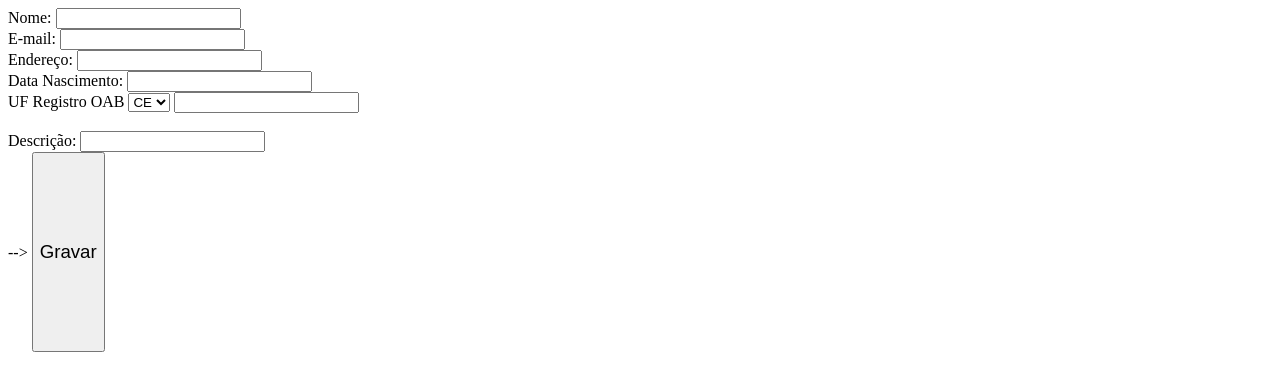
Repository: Natan16/CRUDJUSTTO
Page: CRUDJUSTTOWEB/WebContent/adiciona-advogado.html
The author's editor kept a copy of each file at every save. The page is drawn from the files as they stood at one save, then again after the next save.
The browser window is 1280 px wide. The pictures show the whole page.

Above is the page before, as saved 2019-08-31 11:26:11.

After the next save:
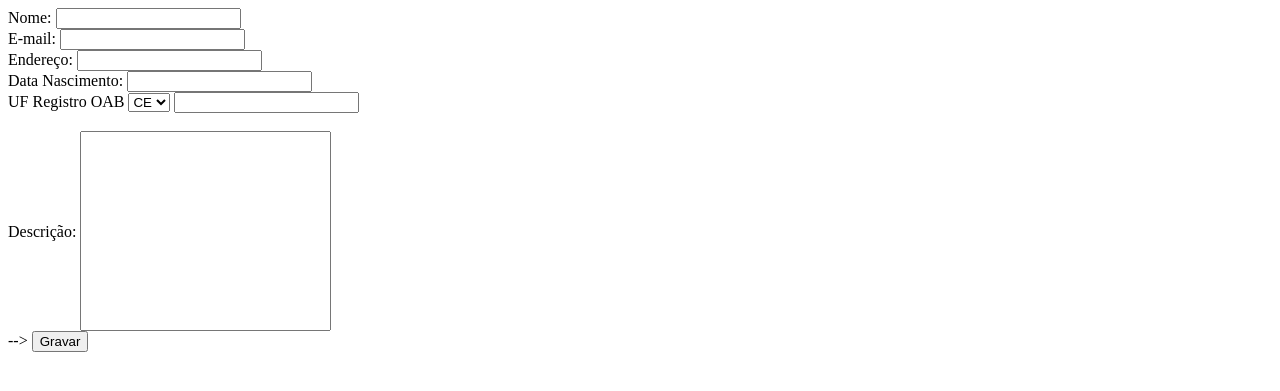
Saved 18 s later.
--- a/CRUDJUSTTOWEB/WebContent/adiciona-advogado.html
+++ b/CRUDJUSTTOWEB/WebContent/adiciona-advogado.html
@@ -16,7 +16,7 @@
   			 <input type="text" name="registroOAB" /><br />
   			 <br />
 
-             Descrição: <input type="text" name="desc" /><br />
+             Descrição: <input style="height:200px;font-size:14pt;" type="text" name="desc" /><br />
 		<!-- <!-- <div class="dropdown">
   			<button class="dropbtn">Dropdown</button>
   				<div class="dropdown-content">
@@ -25,7 +25,7 @@
     				<a href="#">Link 3</a>
   				</div>
 		</div> --> -->
-             <input  style="height:200px;font-size:14pt;" type="submit" value="Gravar" />
+             <input   type="submit" value="Gravar" />
          </form>
      </body>
  </html>
